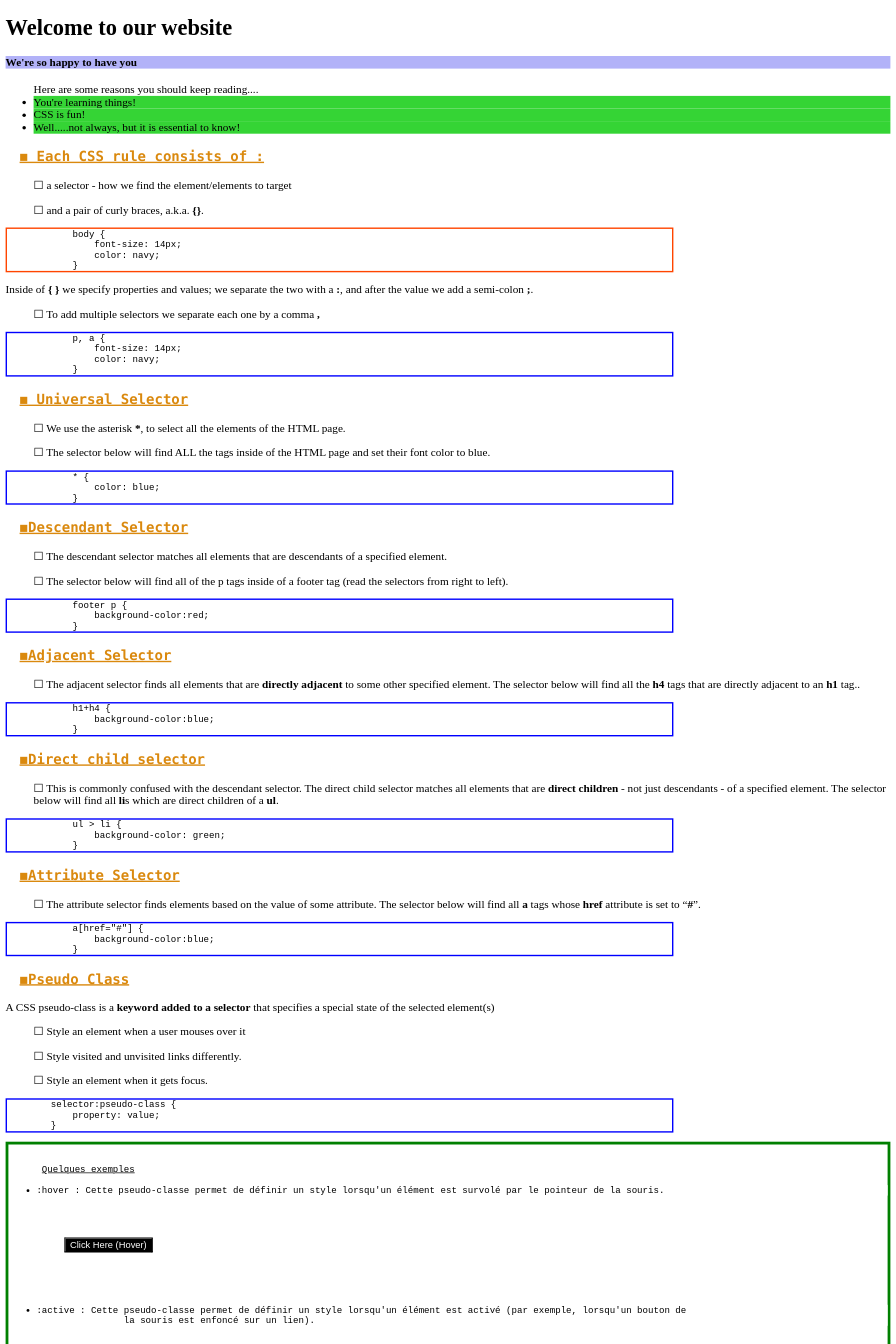
Repository: AnnaSpirit/Tests__
Page: CSS/Useful_Selectors.html
An editor plug-in stored every save of this project. The page is shown before and after the next save, followed by the edit.
The browser window is 1280 px wide. The pictures show the part of the page from y = 0 to 1920 px (the page is 2653 px tall), at 70% of full size.

Above is the page before, as saved 2024-04-03 18:58:57.

After the next save:
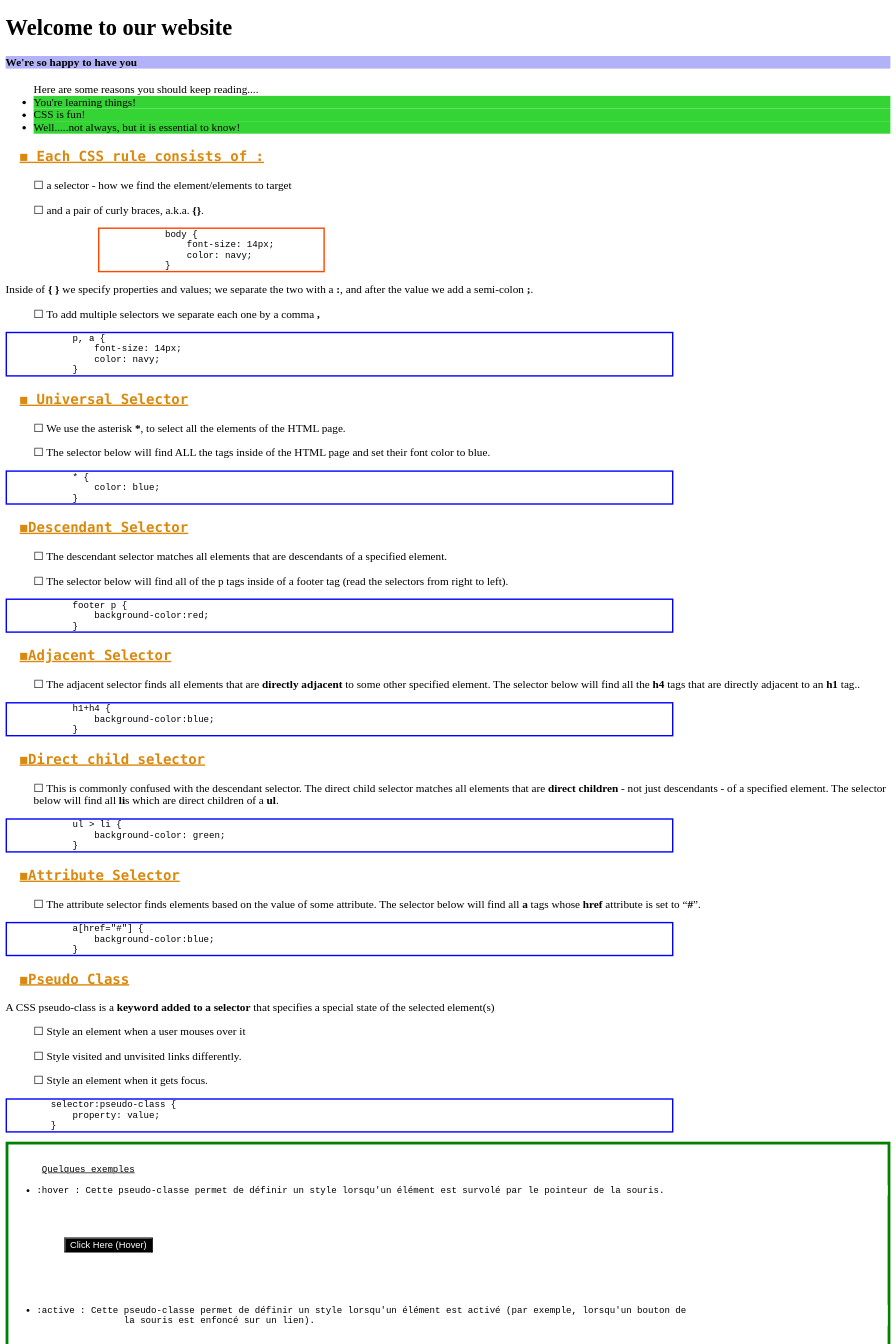
Saved 6 s later.
--- a/CSS/style_Selectors.css
+++ b/CSS/style_Selectors.css
@@ -21,7 +21,10 @@ section>ul>li {
 .classblue{
     border: 2px solid orangered;
     margin-right: 310px;
-
+    width: 320px;
+        padding-left: 0px;
+        margin-left: 132px;
+        "
 }
 
 h3{
